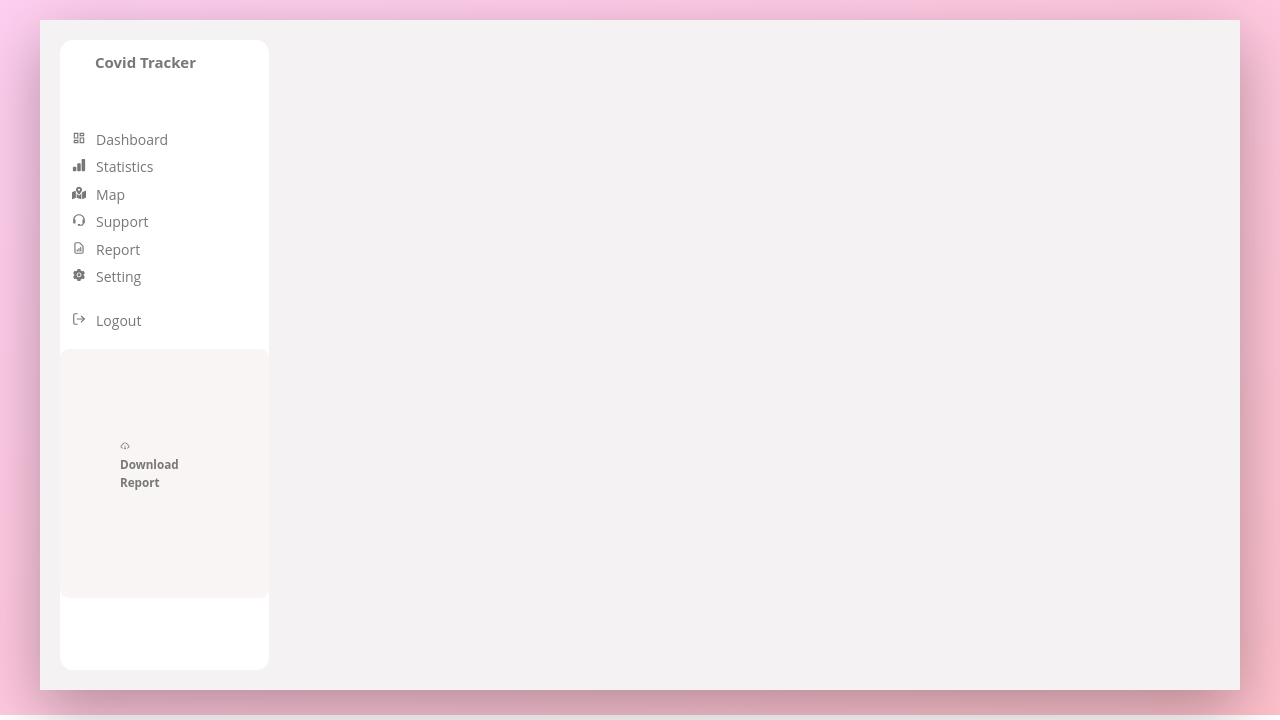
Repository: okidijimmy200/CovidAdminTracker
Page: /
The author's editor kept a copy of each file at every save. The page is drawn from the files as they stood at one save, then again after a run of saves.
The browser window is 1280 px wide. The pictures show the whole page.
The project was rebuilt for these pictures with package versions that can differ from the ones it lists, and the page was loaded fresh each time.

Above is the page before, as saved 2022-06-16 12:28:43.

### public/index.html
<!DOCTYPE html>
<html lang="en">
  <head>
    <meta charset="utf-8" />
    <link rel="icon" href="%PUBLIC_URL%/favicon.ico" />
    <meta name="viewport" content="width=device-width, initial-scale=1" />
    <meta name="theme-color" content="#000000" />
    <meta
      name="description"
      content="Web site created using create-react-app"
    />
    <link rel="apple-touch-icon" href="%PUBLIC_URL%/logo192.png" />
    <!--
      manifest.json provides metadata used when your web app is installed on a
      user's mobile device or desktop. See https://developers.google.com/web/fundamentals/web-app-manifest/
    -->
    <link rel="manifest" href="%PUBLIC_URL%/manifest.json" />
    <!--
      Notice the use of %PUBLIC_URL% in the tags above.
      It will be replaced with the URL of the `public` folder during the build.
      Only files inside the `public` folder can be referenced from the HTML.

      Unlike "/favicon.ico" or "favicon.ico", "%PUBLIC_URL%/favicon.ico" will
      work correctly both with client-side routing and a non-root public URL.
      Learn how to configure a non-root public URL by running `npm run build`.
    -->
    <title>Covid Admin Tracker</title>
  </head>
  <body>
    <noscript>You need to enable JavaScript to run this app.</noscript>
    <div id="root"></div>
    <!--
      This HTML file is a template.
      If you open it directly in the browser, you will see an empty page.

      You can add webfonts, meta tags, or analytics to this file.
      The build step will place the bundled scripts into the <body> tag.

      To begin the development, run `npm start` or `yarn start`.
      To create a production bundle, use `npm run build` or `yarn build`.
    -->
  </body>
</html>

### src/index.scss
:root {
  --color-primary:#eb2f64;
  --color-primary-light:#ffcff1;
  --color-primary-dark:#ffc1cc;
  --color-grey-light-1: #faf9f9;
  --color-grey-light-2: #f4f2f2;
  --color-grey-light-3: #f0eeee;
  --color-grey-light-4: #ccc;
  --color-grey-dark-1: #333;
  --color-grey-dark-2: #777;
  --color-grey-dark-3: #999;

  // creating variable for box
  --shadow-dark: 0 2rem 6rem rgba(0, 0, 0, 0.3);

  --shadow-light: 0 2rem 5rem rgba(0,0,0,.06);
}


* {
  margin: 0;
  padding: 0;
}
*,
*::before,
*::after {
  box-sizing: inherit;
}

html {
  box-sizing: border-box;
  font-size: 62.5%;

}

body {
  font-family: 'Open Sans', sans-serif;
  font-weight: 400;
  line-height: 1.6;
  color: var(--color-grey-dark-2);
  background-image: linear-gradient(to right bottom, var(--color-primary-light), var(--color-primary-dark));
  background-size: cover;
  background-repeat: no-repeat;
  min-height: 96.5vh;
}

### src/App.tsx
import React from 'react';
import Sidebar from './sidebar/sidebar';
import Content from './core/content';
import './App.scss';

function App() {
  return (
    <div data-testid='container' className="container">
      <div className="content">
      <Sidebar />
      <Content />
      </div>

    </div>
  );
}

export default App;

### src/sidebar/sidebar.tsx
import React from 'react'
import {MdOutlineDashboard  } from 'react-icons/md'
import { BsFillBarChartFill } from 'react-icons/bs'
import { FaMapMarkedAlt } from 'react-icons/fa'
import { BiSupport } from 'react-icons/bi'
import { HiOutlineDocumentReport } from 'react-icons/hi'
import { AiFillSetting } from 'react-icons/ai'
import { FiLogOut } from 'react-icons/fi'
import { AiOutlineCloudDownload } from 'react-icons/ai'

import './sidebar.scss'

export default function sidebar() {
  return (
    <>
    <nav className="sidebar">
        <h2 className='title'>Covid Tracker</h2>
        <div className='sidebar-flex'>
            <div>
            <ul className="side-nav">
            <li className="side-nav__item side-nav__item--active">
                <span className='side-nav__icon'><MdOutlineDashboard /></span>
                    <span>Dashboard</span>
            </li>
            <li className="side-nav__item">
                {/* <a href="#" class="side-nav__link"> */}
                    <span className="side-nav__icon">
                        <BsFillBarChartFill />
                        {/* <use xlink:href="img/spritspam#icon-aircraft-take-off"></use> */}
                    </span>
                    <span>Statistics</span>
                {/* </a> */}
            </li>
            <li className="side-nav__item">
                {/* <a href="#" class="side-nav__link"> */}
                    <span className="side-nav__icon">
                        <FaMapMarkedAlt />
                        {/* <use xlink:href="img/sprite.svg#icon-key"></use> */}
                    </span>
                    <span>Map</span>
                {/* </a> */}
            </li>
            <li className="side-nav__item">
                {/* <a href="#" className="side-nav__link"> */}
                    <span className="side-nav__icon">
                        {/* <use xlink:href="img/sprite.svg#icon-map"></use> */}
                        <BiSupport />
                    </span>
                    <span>Support</span>
                {/* </a> */}
            </li>
            <li className="side-nav__item">
                {/* <a href="#" className="side-nav__link"> */}
                    <span className="side-nav__icon">
                        {/* <use xlink:href="img/sprite.svg#icon-map"></use> */}
                        <HiOutlineDocumentReport />
                    </span>
                    <span>Report</span>
                {/* </a> */}
            </li>
            <li className="side-nav__item">
                {/* <a href="#" className="side-nav__link"> */}
                    <span className="side-nav__icon">
                        {/* <use xlink:href="img/sprite.svg#icon-map"></use> */}
                        <AiFillSetting />
                    </span>
                    <span>Setting</span>
                {/* </a> */}
            </li>
        </ul>
            </div>
            <div>
                <ul className="side-nav logout">
                <li className="side-nav__item">
                <span className="side-nav__icon">
                        <FiLogOut />
                    </span>
                <span>Logout</span>
            </li>
                </ul>

            </div>

        <div className="download">
            <span className="side-nav__icon">
                <AiOutlineCloudDownload />
                <h3>Download Report</h3>
            </span>
        </div>
        </div>
    </nav>
</>
  )
}

### src/core/content.tsx
import React from 'react'

import './content.scss'

export default function Content() {
  return (
    <main className="hotel-view">
    </main>
  )
}

### src/App.scss
.container {
  max-width: 120rem;
  // centering in the view port
  margin: 2rem auto;
  background-color: var(--color-grey-light-2);
  // box-shadow:;
  box-shadow: var(--shadow-dark);

  // min height for testing
  // min-height: 60rem;

}

.content {
  display: flex;
  min-height: 93vh;
  padding: 2rem;
}

### src/sidebar/sidebar.scss

.sidebar {
    // styling the sidebar
    background-color: #fff;
    // flex property to define width, grow 0, shrink 0
    flex: 0 0 18%;
    // to create alot of space in the container for legal text
    border-radius: 1.3rem;
}

.side-nav {
    // adding font size
    font-size: 1.4rem;
    list-style: none;
    margin-top: 3.5rem;


   &__item {
       // parent element set to relative to element the hover effect
       position: relative;
       cursor: pointer;
       margin-left: 1.2rem;

       // to create space btn the items
       &:not(:last-child) {
           margin-bottom: .5rem;
       }
   }

   // this shd be visible only when we hover the item
   &__item:hover::before,
   // to make one of the li items initially highlighted
   &__item--active::before {
       width: 100%;
   }

   // to show the item as selected
   &__item:active::before {
       background-color: #fff;
   }


   &__link:link,
   &__link:visited {
    //    color: var(--color-grey-light-1);
       text-decoration: none;
       text-transform: uppercase;
       display: inline-block;
       padding: 1.5rem 3rem;
       // z-index only works with positioning
       position: relative;
       z-index: 10;
       // to align items in straight line
       display: flex;
       align-items: center;
   }

   &__icon {
       // reduce size of icons
       width: 1.75rem;
       height: 1.75rem;
       margin-right: 1rem;
       // current color is the color of the current element
       fill:currentColor;
   }
}
.logout {
    margin-top: 2.2rem;
    margin-bottom: 1.6rem;
}
.sidebar-flex {
    display: flex;
    flex-direction: column;
    height: 45rem;
}
.title {
    padding: 1rem 2rem 2rem 3.5rem;
}

.download {
    padding: 9rem 6rem;
    border-radius: .9rem;
    margin: auto;
    background-color: #F9F5F4;
}

### src/core/content.scss
.hotel-view {
    // background-color: #fff;
    // to make the hotel-view cover up the remaining space
    flex: 1;
    margin-left: 2rem;
}

Loaded but not shown: src/index.tsx (common file); src/reportWebVitals.ts (common file)

After the next 2 saves:
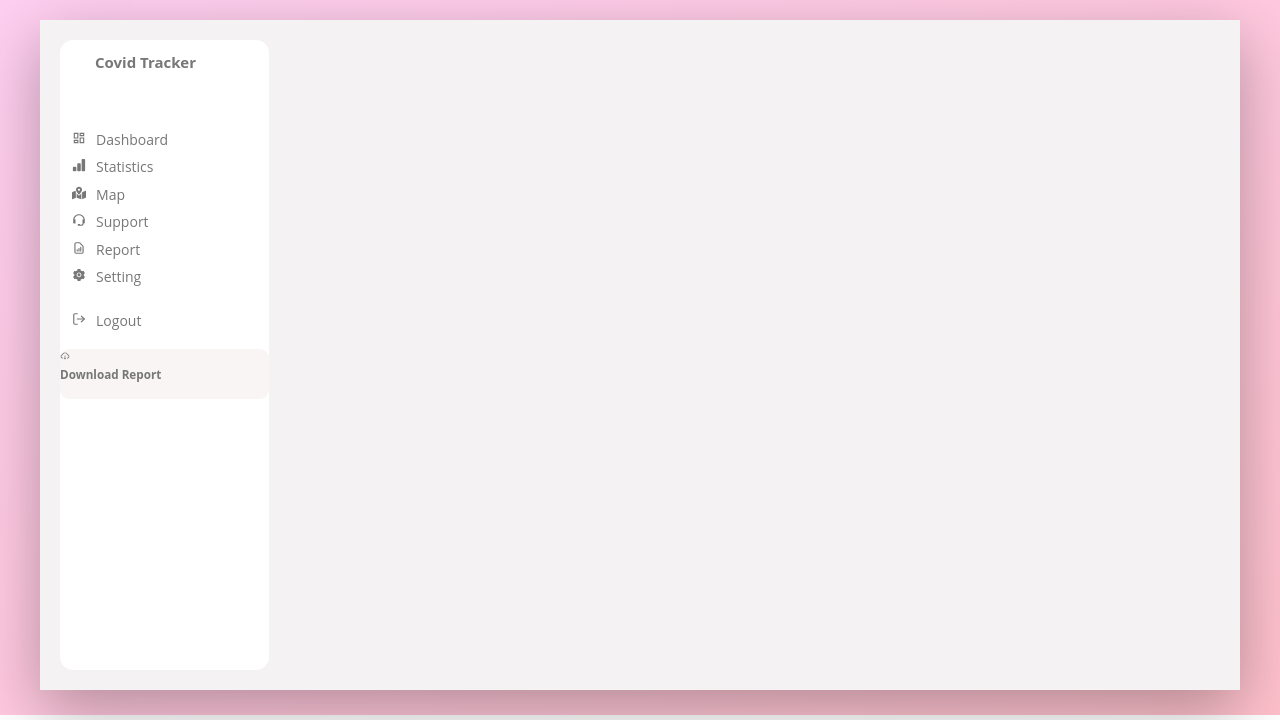
The 2 saves are shown as one change because they came seconds apart.
The last was saved 80 s later.
--- a/src/sidebar/sidebar.scss
+++ b/src/sidebar/sidebar.scss
@@ -78,8 +78,6 @@
 }
 
 .download {
-    padding: 9rem 6rem;
     border-radius: .9rem;
-    margin: auto;
     background-color: #F9F5F4;
 }
